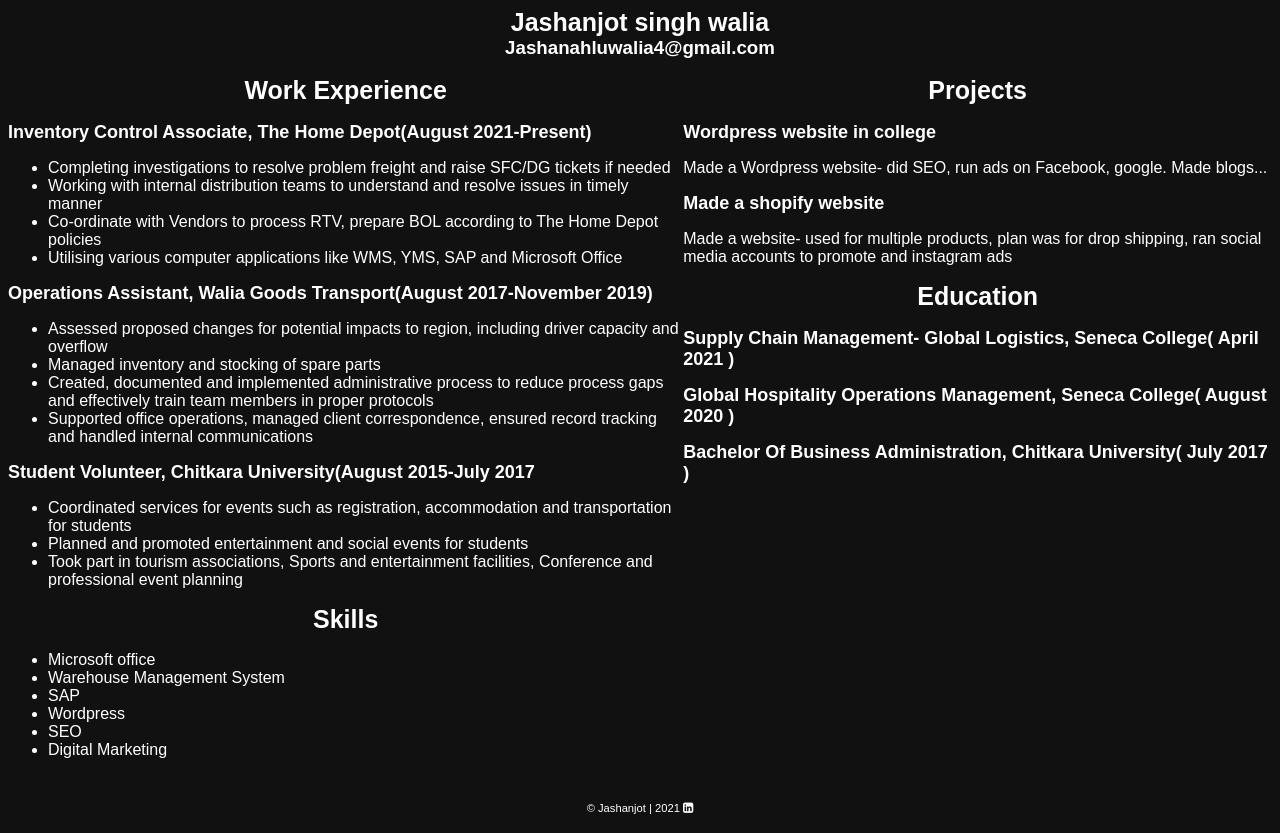
Repository: jashn13/portfolio
Page: index.html
The author's editor kept a copy of each file at every save. The page is drawn from the files as they stood at one save, then again after the next save.
The browser window is 1280 px wide. The pictures show the whole page.

Above is the page before, as saved 2021-11-13 08:34:49.

### index.html
<!DOCTYPE html>
<html>
  <head>
    <link
      rel="stylesheet"
      href="https://cdnjs.cloudflare.com/ajax/libs/font-awesome/4.7.0/css/font-awesome.min.css"
    />
    <style>
      .heading {
        margin: auto;
        text-align: center;
      }
      h1 {
        text-align: center;
        font-size: 25px;
      }
      h2 {
        text-align: left;
        font-size: 18px;
      }

      body {
        font-family: Arial;
        color: white;
        background-color: #111;
      }

      .centered {
        position: absolute;
        top: 50%;
        left: 50%;
        transform: translate(-50%, -50%);
        text-align: center;
      }
      footer {
        position: relative;

        height: 50px;
        width: 100%;
      }

      p.copyright {
        position: absolute;
        width: 100%;
        color: #fff;
        font-size: 0.7em;
        text-align: center;
        bottom: 0;
      }
    </style>
  </head>
  <body>
    <h1 class="heading">Jashanjot singh walia</h1>
    <h3 class="heading">Jashanahluwalia4@gmail.com</h3>
    <div style="display: flex;">
      <div class="split left">
        <h1>Work Experience</h1>
        <h2>
          Inventory Control Associate, The Home Depot(August 2021-Present)
        </h2>
        <ul>
          <li>
            Completing investigations to resolve problem freight and raise
            SFC/DG tickets if needed
          </li>
          <li>
            Working with internal distribution teams to understand and resolve
            issues in timely manner
          </li>
          <li>
            Co-ordinate with Vendors to process RTV, prepare BOL according to
            The Home Depot policies
          </li>
          <li>
            Utilising various computer applications like WMS, YMS, SAP and
            Microsoft Office
          </li>
        </ul>
        <h2>
          Operations Assistant, Walia Goods Transport(August 2017-November 2019)
        </h2>
        <ul>
          <li>
            Assessed proposed changes for potential impacts to region, including
            driver capacity and overflow
          </li>
          <li>Managed inventory and stocking of spare parts</li>
          <li>
            Created, documented and implemented administrative process to reduce
            process gaps and effectively train team members in proper protocols
          </li>
          <li>
            Supported office operations, managed client correspondence, ensured
            record tracking and handled internal communications
          </li>
        </ul>

        <h2>Student Volunteer, Chitkara University(August 2015-July 2017</h2>
        <ul>
          <li>
            Coordinated services for events such as registration, accommodation
            and transportation for students
          </li>
          <li>
            Planned and promoted entertainment and social events for students
          </li>
          <li>
            Took part in tourism associations, Sports and entertainment
            facilities, Conference and professional event planning
          </li>
        </ul>
        <h1>Skills</h1>
        <ul>
          <li>Microsoft office</li>
          <li>Warehouse Management System</li>
          <li>SAP</li>
          <li>Wordpress</li>
          <li>SEO</li>
          <li>Digital Marketing</li>
        </ul>
      </div>

      <div class="split right">
        <h1>Projects</h1>
        <h2>Wordpress website in college</h2>
        <p>
          Made a Wordpress website- did SEO, run ads on Facebook, google. Made
          blogs...
        </p>
        <h2>Made a shopify website</h2>
        <p>
          Made a website- used for multiple products, plan was for drop
          shipping, ran social media accounts to promote and instagram ads
        </p>
        <h1>Education</h1>
        <h2>
          Supply Chain Management- Global Logistics, Seneca College( April 2021
          )
        </h2>
        <h2>
          Global Hospitality Operations Management, Seneca College( August 2020
          )
        </h2>
        <h2>
          Bachelor Of Business Administration, Chitkara University( July 2017 )
        </h2>
      </div>
    </div>
    <footer>
      <p class="copyright">
        © Jashanjot | 2021
        <i class="fa fa-linkedin-square" style="font-size:12px"></i>
      </p>
    </footer>
  </body>
</html>

After the next save:
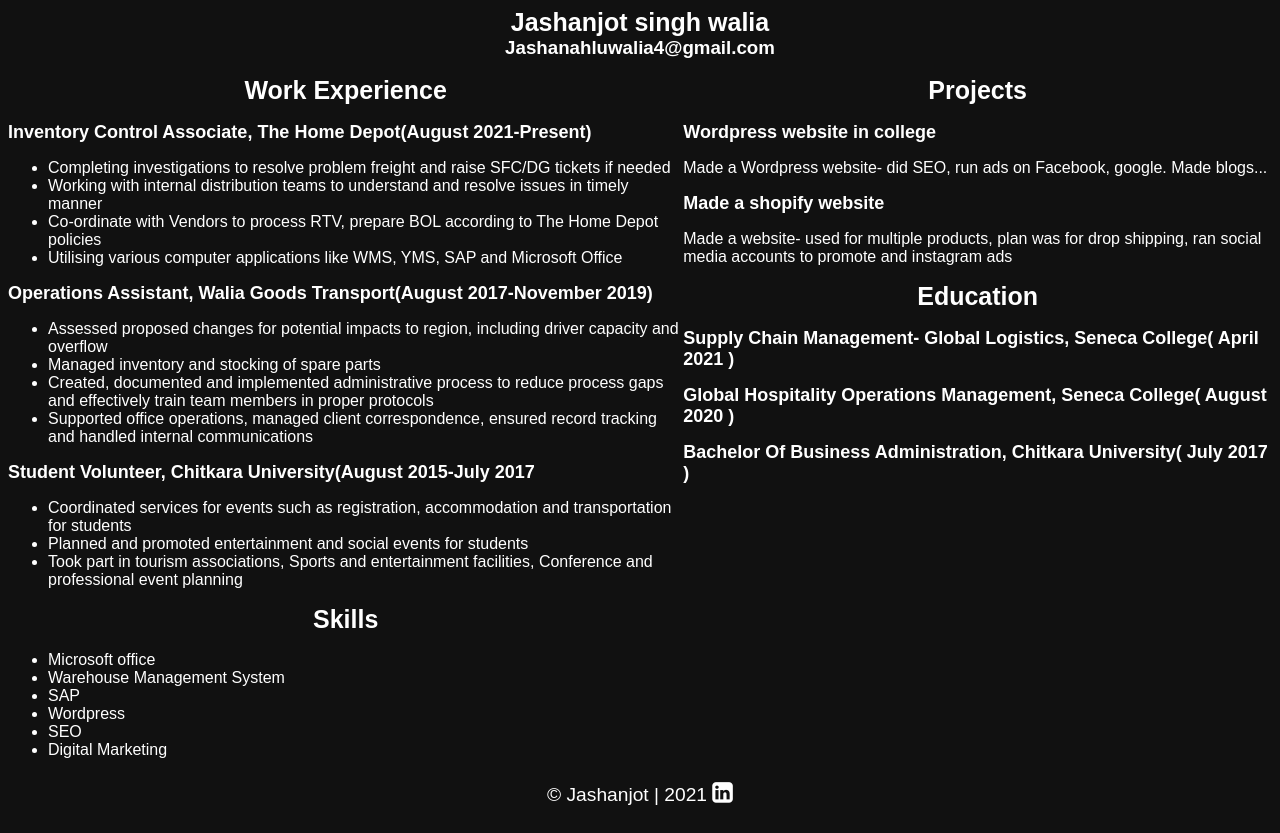
Saved 14 s later.
--- a/index.html
+++ b/index.html
@@ -43,7 +43,7 @@
         position: absolute;
         width: 100%;
         color: #fff;
-        font-size: 0.7em;
+        font-size: 1.2em;
         text-align: center;
         bottom: 0;
       }
@@ -149,7 +149,7 @@
     <footer>
       <p class="copyright">
         © Jashanjot | 2021
-        <i class="fa fa-linkedin-square" style="font-size:12px"></i>
+        <i class="fa fa-linkedin-square" style="font-size:24px"></i>
       </p>
     </footer>
   </body>
